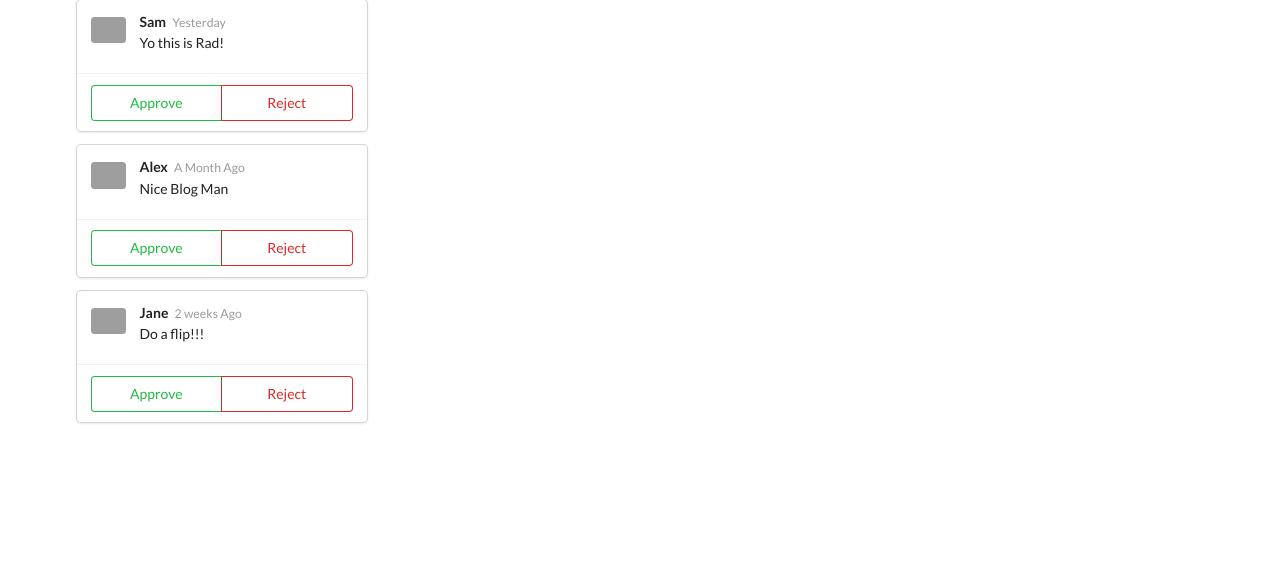
Repository: geedtd/udemyreact
Page: /
These files come from the project's save history. The page is drawn as it stood at one moment and after the next save; the edit follows.
The browser window is 1280 px wide. The pictures show the whole page.
Pictures or frames that could not be fetched are drawn as grey boxes. The project was rebuilt for these pictures with package versions that can differ from the ones it lists, and the page was loaded fresh each time.

Above is the page before, as saved 2020-03-18 02:30:31.

### src/index.js
import React from 'react';
import ReactDOM from 'react-dom';
import faker from 'faker';
import CommentDetail from './CommentDetail';
import ApprovalCard from './ApprovalCard';

const App = () => {
    return (
        <div className="ui container comments">
            <ApprovalCard >
                <CommentDetail
                author="Sam"
                timeAgo="Yesterday"
                commentText="Yo this is Rad!"
                avatarImage={faker.image.avatar()}
                />
            </ApprovalCard>
            <ApprovalCard>
                <CommentDetail
                author="Alex"
                timeAgo="A Month Ago"
                commentText="Nice Blog Man"
                avatarImage={faker.image.avatar()}
                />
            </ApprovalCard>
            <ApprovalCard>
            <CommentDetail
            author="Jane"
            timeAgo="2 weeks Ago"
            commentText="Do a flip!!!"
            avatarImage={faker.image.avatar()}
            />
            </ApprovalCard>
        </div>
    );
};


ReactDOM.render(<App />, document.querySelector('#root'));

### src/CommentDetail.js
import React from 'react';
//import faker from 'faker';

const CommentDetail = (props) => {
    // console.log(props)
    return (
        <div className="comment">
                <a href='/' className="avatar">
                    <img alt="avatar" src={props.avatarImage}/>
                </a>
                <div className="content">
                    <a href="/" className="author">
                        {props.author}
                    </a>
                    <div className="metadata">
                        <span className="date">{props.timeAgo}</span>
                    </div>
                    <div className="text">{props.commentText}</div>
                </div>
            </div>
    );
}
export default CommentDetail;

### src/ApprovalCard.js
import React from 'react';

const ApprovalCard = (props) => {
    console.log(props)
    return (
        <div className="ui card">
            <div className="content">{(props.children)}</div>
            <div className="extra content">
                <div className="ui two buttons">
                    <div className="ui basic green button">Approve</div>
                    <div className="ui basic red button">Reject</div>
                </div>
            </div>
        </div>
    );
};

export default ApprovalCard;

Loaded but not shown: public/index.html (common file)

After the next save:
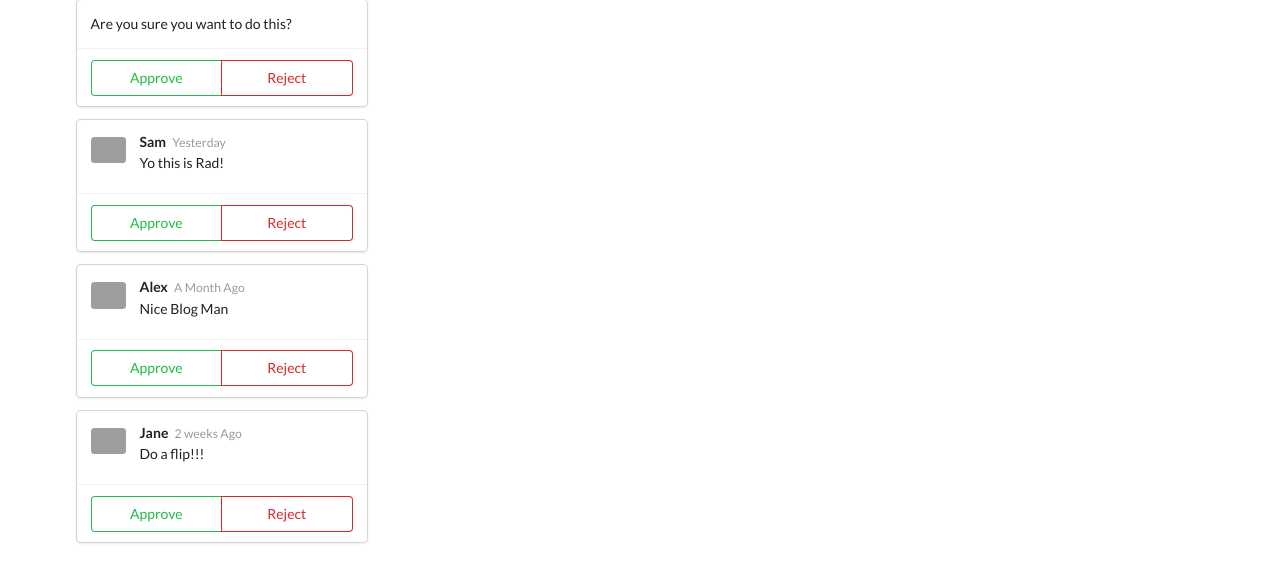
Saved 2 min 23 s later.
--- a/src/index.js
+++ b/src/index.js
@@ -7,6 +7,9 @@ import ApprovalCard from './ApprovalCard';
 const App = () => {
     return (
         <div className="ui container comments">
+            <ApprovalCard>
+                Are you sure you want to do this?
+            </ApprovalCard>
             <ApprovalCard >
                 <CommentDetail
                 author="Sam"
